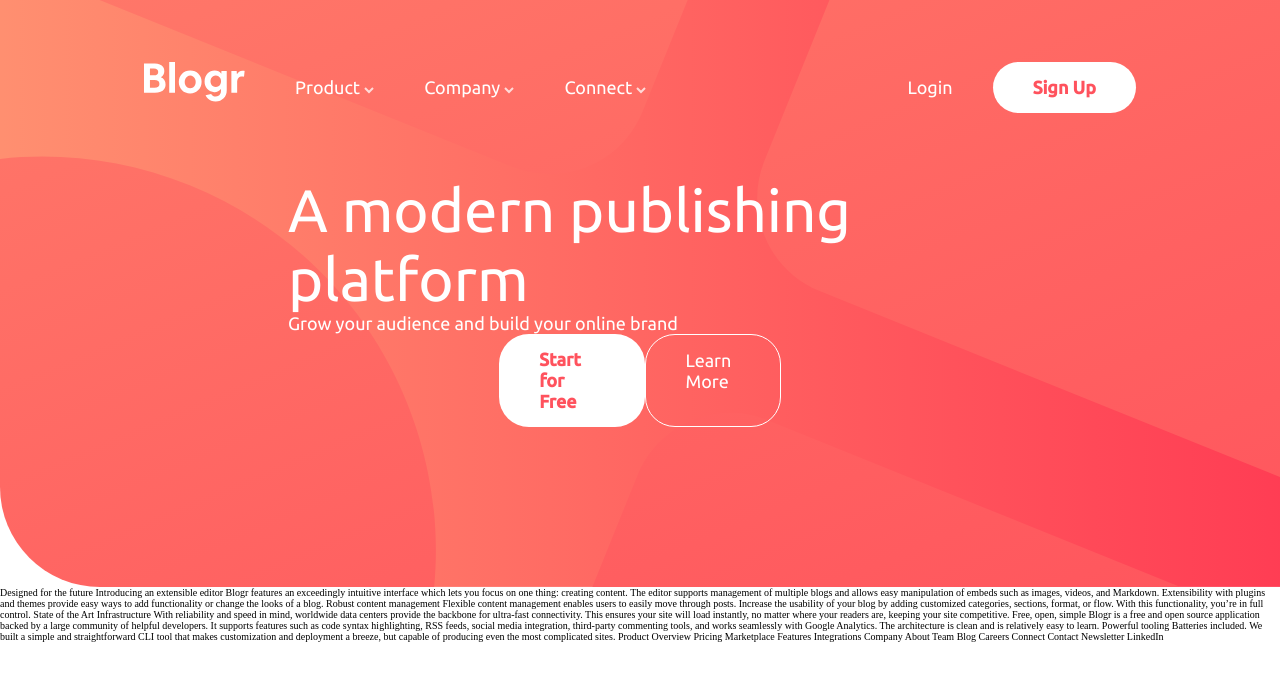
Repository: tomas938/tomaspage3
Page: index.html
An editor plug-in stored every save of this project. The page is shown before and after a run of saves, followed by the edit.
The browser window is 1280 px wide. The pictures show the whole page.
The style sheet was rebuilt from its Sass, Less or Tailwind sources for each picture, by a compiler version that may differ from the author's.

Above is the page before, as saved 2021-07-30 09:20:48.

After the next 5 saves:
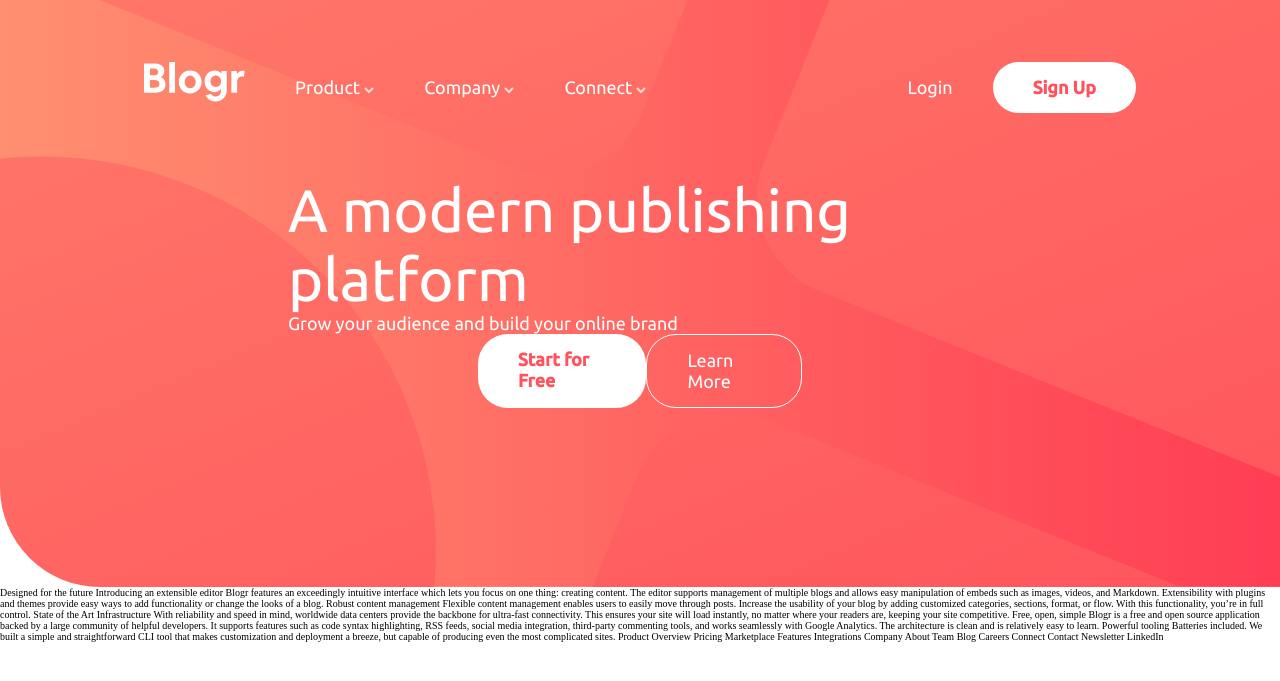
The 5 saves are shown as one change because they came seconds apart.
The last was saved 13 s later.
--- a/scss_partials/_intro.scss
+++ b/scss_partials/_intro.scss
@@ -45,7 +45,7 @@
 		}
 
 		&__buttons {
-			width: 40%;
+			width: 46%;
 			margin: auto;
 			display: flex;
 			justify-content: space-between;
